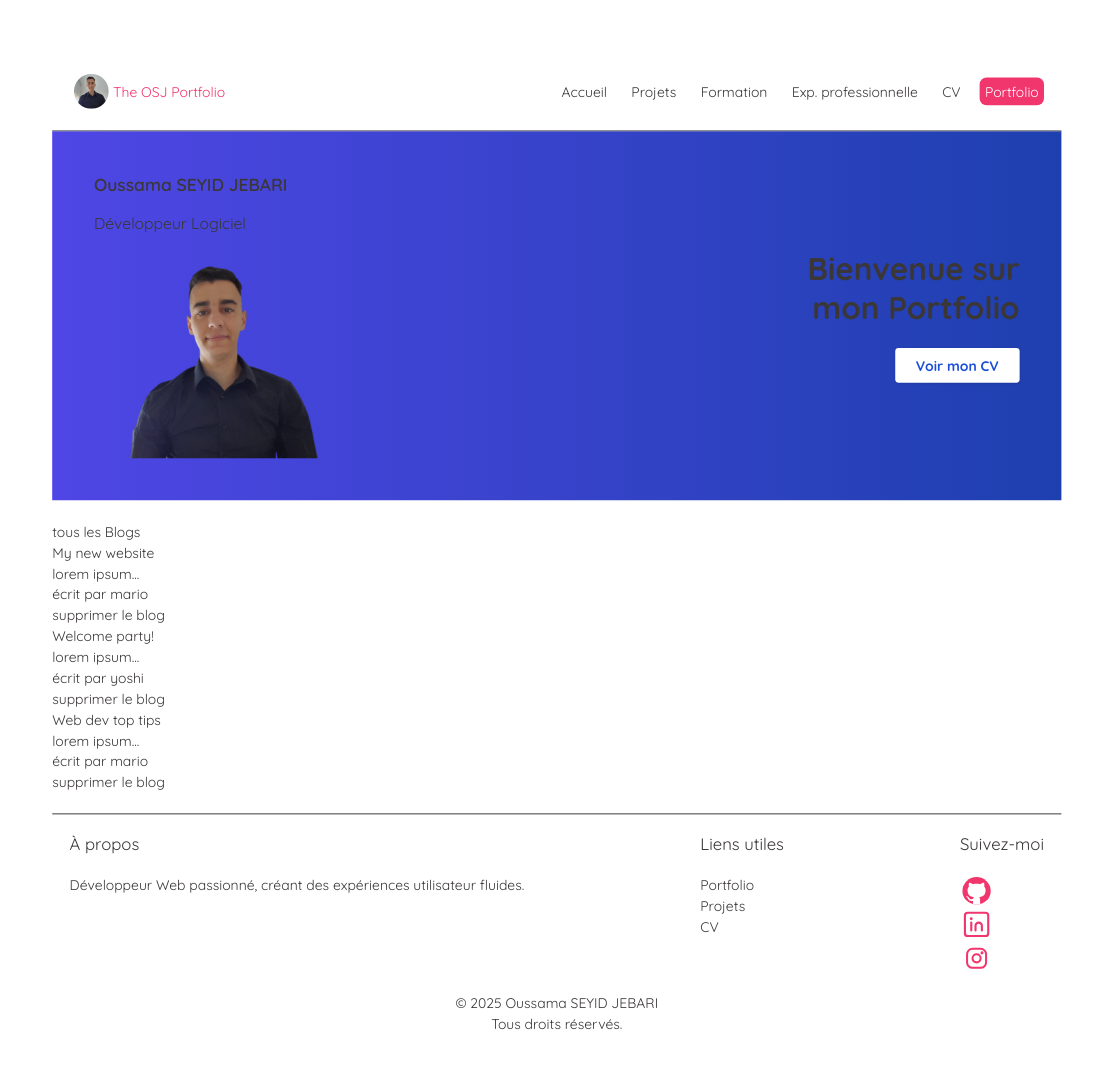
Repository: OussamSJ/Portfolio
Page: /
An editor plug-in stored every save of this project. The page is shown before and after the next save, followed by the edit.
The browser window is 1280 px wide. The pictures show the whole page, at 87% of full size.
The project was rebuilt for these pictures with package versions that can differ from the ones it lists, and the page was loaded fresh each time. Also part of the build but not shown: src/Random.js, src/Cv.js, src/Expcomponent.js, src/Experiences.js, src/FormationComponent.js, src/Formation.js.

Above is the page before, as saved 2025-05-08 14:48:03.

### public/index.html
<!DOCTYPE html>
<html lang="en">
  <head>
    <meta charset="utf-8" />
    <link rel="icon" href="%PUBLIC_URL%/Logo-Devloper.png" />
    <meta name="viewport" content="width=device-width, initial-scale=1" />
    <meta name="theme-color" content="#000000" />
    <meta
      name="description"
      content="Web site created using create-react-app"
    />
    <link rel="apple-touch-icon" href="%PUBLIC_URL%/logo192.png" />
    <!--
      manifest.json provides metadata used when your web app is installed on a
      user's mobile device or desktop. See https://developers.google.com/web/fundamentals/web-app-manifest/
    -->
    <link rel="manifest" href="%PUBLIC_URL%/manifest.json" />
    <!--
      Notice the use of %PUBLIC_URL% in the tags above.
      It will be replaced with the URL of the `public` folder during the build.
      Only files inside the `public` folder can be referenced from the HTML.

      Unlike "/favicon.ico" or "favicon.ico", "%PUBLIC_URL%/favicon.ico" will
      work correctly both with client-side routing and a non-root public URL.
      Learn how to configure a non-root public URL by running `npm run build`.
    -->
    <title>Portfolio App</title>
  </head>
  <body>
    <noscript>You need to enable JavaScript to run this app.</noscript>
    <div id="root"></div>
    <!--
      This HTML file is a template.
      If you open it directly in the browser, you will see an empty page.

      You can add webfonts, meta tags, or analytics to this file.
      The build step will place the bundled scripts into the <body> tag.

      To begin the development, run `npm start` or `yarn start`.
      To create a production bundle, use `npm run build` or `yarn build`.
    -->
  </body>
</html>

### src/index.css
@import url('https://fonts.googleapis.com/css2?family=Quicksand:wght@300;400;500;600;700&display=swap');
@tailwind base;
@tailwind components;
@tailwind utilities;

/* base styles */
* {
  margin: 0;
  font-family: -apple-system, BlinkMacSystemFont, 'Segoe UI', 'Roboto', 'Oxygen',
    'Ubuntu', 'Cantarell', 'Fira Sans', 'Droid Sans', 'Helvetica Neue',
    sans-serif;
  -webkit-font-smoothing: antialiased;
  -moz-osx-font-smoothing: grayscale;
  font-family: "Quicksand";
  color: #3b3737;
}

code {
  font-family: source-code-pro, Menlo, Monaco, Consolas, 'Courier New',
    monospace;
}
.navbar {
  padding: 20px;
  display: flex;
  align-items: center;
  max-width: 1200px;
  margin: 0 auto;
  border-bottom: 1px solid #212020;

}
.navbar h1 {
  color: #f1356d;
}
.navbar .links {
  margin-left: auto;
}
.navbar a {
  margin-left: 16px;
  text-decoration: none;
  padding: 6px;
}
.navbar img {
 width: 40px;
 height: 40px;
 margin: 5px ;
 object-fit: cover;       /* remplit et rogne si besoin */
 border-radius: 50%;      /* transforme le carré en cercle */
 display: block;
}
.navbar a:hover {
  color: #f1356d;
}
.content {
  max-width: 1200px;
  margin: 40px auto;
  padding: 20px;
}


.couverture {
  background-image:
  url("/public/couverture-portfolio.png");
background-size: cover;        /* couvre tout le conteneur sans déformation */
background-position: center;   /* centre l’image */
background-repeat: no-repeat;  /* pas de répétition */
background-size: contain;
  margin: 20px auto;
  padding: 40px 40px 40px 40px;


  max-width: 1200px;
  display:block;
  flex-direction: column;
  justify-content: center;
  align-items: flex-start;
  padding-left: 60px;
  background: linear-gradient(to right, #7a3ff3, #003b9e); /* dégradé bleu-violet */
  color: white;
  font-family: 'Orbitron', sans-serif; /* une police géométrique, proche de celle utilisée */
}




.presentation {
  display: flex;
  flex-direction:column;
  justify-content: flex-end;
  align-items: flex-end;
  text-align: right;
  margin-top: 20px;
  font-size: 3rem;
  width: 100%;
  height: 100%;
  color: aliceblue;
}
.couverture h1 {
  margin-top: 20px auto;
  margin-right: 50px;
  align-items: center;
  text-align: center;
  color: aliceblue;
text-align: right;
justify-self: right;
  font-family: 'Agrandir Grand', sans-serif; /* une police futuriste */
}

.couverture h3 {
  margin-top: 40px;
  color: aliceblue;
  font-size: 1.5rem;
  margin-top: 20px auto;
  margin: 20px 0;
}

.couverture span {
  color: aliceblue;
  font-weight: 300;
}

.presentation strong {
  color: aliceblue;
  font-size: 3.5rem;
  font-family: 'Agrandir Grand', sans-serif; /* une police futuriste */
}

.button {
justify-content: center;
  margin-top: 20px;
  padding: 10px 30px;
 margin-right: 50px;
  font-size: 1rem;
  background-color: white;
  color: #003b9e;
  border: none;
  cursor: pointer;
  text-transform: uppercase;
  letter-spacing: 1px;
  font-weight: bold;
  font-family: 'Agrandir Grand', sans-serif;
}


.portfolio-footer {
  justify-content: space-between;
  display: flex;
  padding: 20px;
  border-top: 1px solid #212020;
}

.card-title{
  margin-bottom:  20px;

  padding: 0;
  font-size: 1.2rem;

}
.social-links a{
  list-style: none;
  text-decoration: none;
  margin-left: auto;
  text-align: left;

}
.social-links img{
 width: 40%;
 height: 40%;
}


ul {
  list-style-type: none;
  padding: 0; /* Supprime le retrait par défaut */
  margin: 0;  /* Supprime la marge par défaut */
}
.social-links a:hover {
  color: #f1356d;
}

.footer-bottom {
  display: block;
  text-align: center;
  }

  ul li {
    text-align: left;

  }



  .not-found {
    justify-content: center;
    align-items: center;
    text-align: center;
    height: 50vh;
    margin-top: 200px;
    font-size: 3rem;
  }


  img-couverture {
    width: 100%;
    height: 100%;
    justify-content: flex-end;
    align-items: center;
    object-fit:fill; /* Remplit l'élément sans déformation */
    border-radius: 50%; /* Transforme le carré en cercle */
    display: flex;
  }

### src/App.js
import React from 'react';
import { BrowserRouter, Routes, Route } from 'react-router-dom';
import ReactDOM from 'react-dom/client';
import Home from './Home';
import Navbar from './Navbar'; // Si vous avez une barre de navigation
import Cv from './Cv'; // Si vous avez une page de CV
import Footbar from './Footbar';
import Experiences from './Experiences';
import Formation from './Formation';

function App() {
  return (
    <BrowserRouter>
      <div className="App">
        <div className='content'>
          <Routes>
            <Route path="/" element={<Home />} />
            <Route path="/cv" element={<Cv />} />
            <Route path="/experiences-professionnelle" element={<div ><Navbar/> <Experiences /><Footbar/></div>} />
            <Route path="/formation" element={<div ><Navbar/> <Formation /><Footbar/></div>} />
            <Route path="*" element={
              <div >
                <Navbar />
                <h1 className='not-found' >Page introuvable</h1>
                <Footbar />
              </div>
            } />
          </Routes>
        </div>
      </div>
    </BrowserRouter>
  );
}

export default App;

### src/Home.js
import { useEffect, useState } from "react";
import BlogList from "./BlogList";
import Random from "./Random";
import Navbar from "./Navbar";
import Footbar from "./Footbar";


const Home = () => {
  const [blogs, setBlogs] = useState([
    { title: 'My new website', body: 'lorem ipsum...', author: 'mario', id: 1 },
    { title: 'Welcome party!', body: 'lorem ipsum...', author: 'yoshi', id: 2 },
    { title: 'Web dev top tips', body: 'lorem ipsum...', author: 'mario', id: 3 }
  ])

  const handleDelete = (id) => {
    const newBlogs = blogs.filter(blog => blog.id !== id);
    setBlogs(newBlogs);
  }


  useEffect(() => {
    console.log('use effect ran');
    console.log(blogs);
  })

  return (
    <div className="Home">
      <Navbar />
      <div className="flex items-center justify-between bg-gradient-to-r from-indigo-600 to-blue-800 text-white p-12 flex-wrap">

{/* Partie gauche */}
<div className="flex flex-col items-start space-y-4 max-w-md">
  <h3 className="text-xl font-semibold">Oussama SEYID JEBARI</h3>
  <h3 className="text-lg"><span>Développeur Logiciel</span></h3>
  <div className="w-60 h-60 mt-4 ml-6">
    <img src="oussama_img.png" alt="photo de profil" className="rounded-lg object-cover w-full h-full" />
  </div>
</div>

{/* Partie droite */}
<div className="text-right max-w-md mt-10 md:mt-0">
  <h1 className="text-4xl font-bold mb-6 leading-tight">
    Bienvenue sur <br /> mon Portfolio
  </h1>
  <button className="bg-white text-blue-700 font-bold py-2 px-6 rounded shadow hover:bg-gray-100 transition">
    Voir mon CV
  </button>
</div>
</div>

      <BlogList blogs={blogs} title="tous les Blogs" handleDelete={handleDelete}/> <br/>

      <Footbar/>
    </div>
  );
}

export default Home;

### src/Navbar.js
const Navbar = () => {
    return (
      <nav className="navbar">
        <img src="photo-portfolio.jpg" alt="logo" className="logo" />
        <h1>The OSJ Portfolio</h1>
        <div className="links">
          <a href="/">Accueil</a>
          <a href="/projets">Projets</a>
          <a href="/formation">Formation</a>
          <a href="/experiences-professionnelle">Exp. professionnelle</a>
          <a href="/cv">CV</a>
          <a href="/" style={{
            color: 'white',
            backgroundColor: '#f1356d',
            borderRadius: '8px'
          }}>Portfolio</a></div></nav>
    );
  }

  export default Navbar;

### src/Footbar.js

const Footbar = () => {
  return (
  <div className="footbar">
   <footer class="portfolio-footer">

    <div class="card-deck">
    <div class="card">
      <div class="card-body">
        <h4 class="card-title">À propos</h4>
        <p class="card-text">Développeur Web passionné, créant des expériences utilisateur fluides.</p>
      </div>
    </div>
    </div>

    <div class="card-deck">
    <div class="card">
      <div class="card-body">
        <h4 class="card-title">Liens utiles</h4>
        <ul class="social-links" >
        <li><a href="#">Portfolio</a></li>
        <li><a href="#">Projets</a></li>
        <li><a href="#">CV</a></li>
      </ul>
      </div>
    </div>
    </div>

    <div class="card-deck">
    <div class="card">
      <div class="card-body">
        <h4 class="card-title">Suivez-moi</h4>
        <ul class="social-links">
        <li><a href="https://github.com/OussamSJ#"> <img  src="github.svg"  alt="GitHub"></img></a></li>
        <li><a href="https://www.linkedin.com/in/oussama-sj/  "> <img src="linkedin.svg" alt="LinkedIn"></img></a></li>
        <li><a href="https://www.instagram.com/oussama.sj/"> <img src="instagram.svg" alt="Instagram"></img></a></li>
      </ul>
      </div>
    </div>
    </div>

   </footer>
    <div class="footer-bottom">
    <p>© 2025 Oussama SEYID JEBARI <br/> Tous droits réservés.</p>
    </div>

  </div>

  );
}

export default Footbar;

### src/BlogList.js
const BlogList = ({ blogs, title, handleDelete }) => {
    return (
      <div className="blog-list"> <br/>

        <h2>{ title }</h2>
        {blogs.map(blog => (
          <div className="blog-preview" key={blog.id} >
            <h2>{ blog.title }</h2>
            <h4> {blog.body}    </h4>
            <p>écrit par { blog.author }</p>
            <button  onClick={()=>handleDelete (blog.id)}> supprimer le blog</button>
          </div>
        ))}
      </div>
    );
  }

  export default BlogList;

### tailwind.config.js
/** @type {import('tailwindcss').Config} */
module.exports = {
  content: [  "./src/**/*.{js,ts,jsx,tsx}",],
  theme: {
    extend: {
      colors: {
        primary: '#f1356d', // Exemple
      },
    },
  },
  plugins: [],
}

Loaded but not shown: src/index.js (common file); src/reportWebVitals.js (common file)

After the next save:
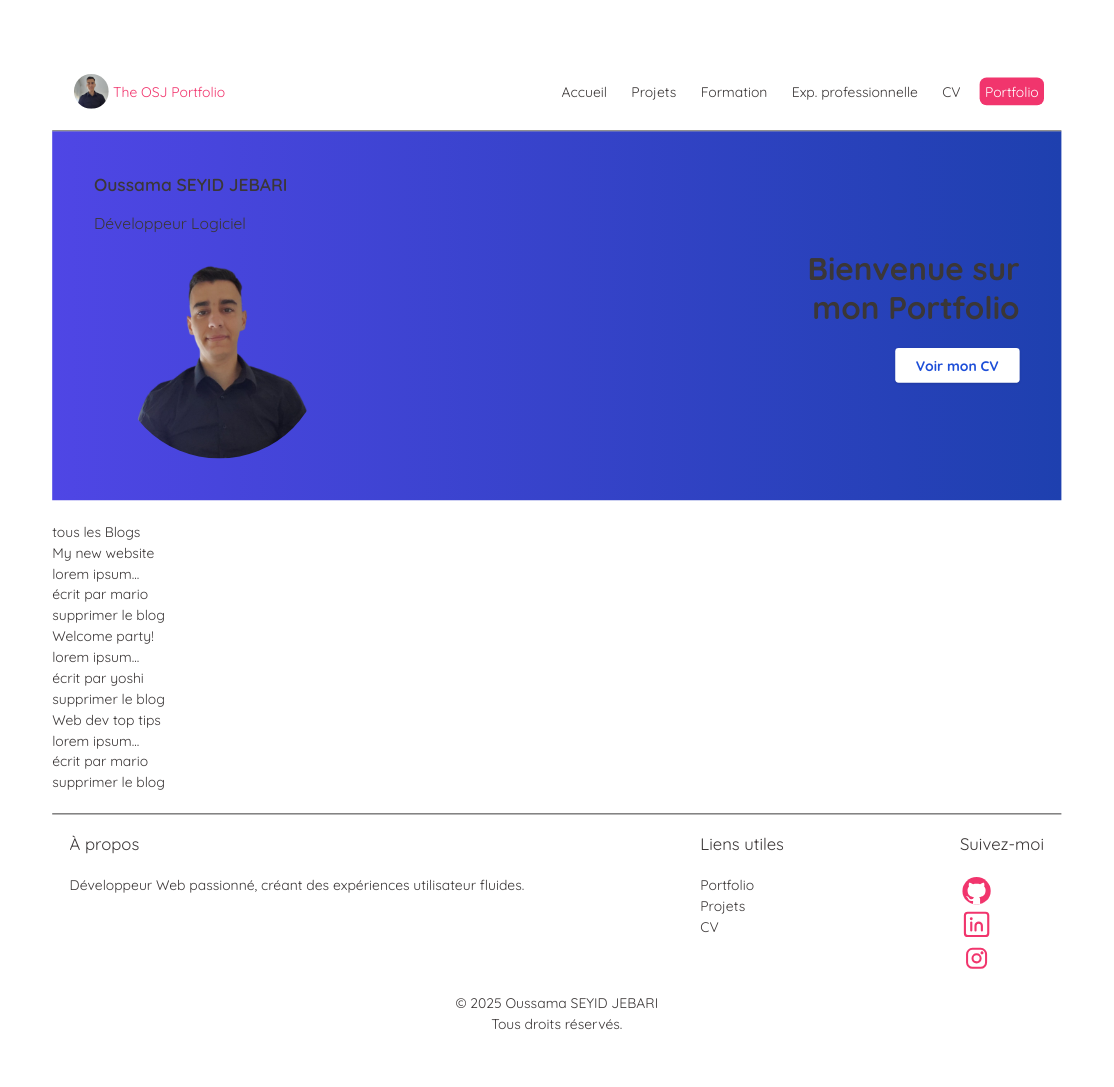
Saved 50 s later.
--- a/src/Home.js
+++ b/src/Home.js
@@ -33,7 +33,7 @@
   <h3 className="text-xl font-semibold">Oussama SEYID JEBARI</h3>
   <h3 className="text-lg"><span>Développeur Logiciel</span></h3>
   <div className="w-60 h-60 mt-4 ml-6">
-    <img src="oussama_img.png" alt="photo de profil" className="rounded-lg object-cover w-full h-full" />
+    <img src="oussama_img.png" alt="photo de profil" className="rounded-full object-cover w-full h-full" />
   </div>
 </div>
 

After the save that followed:
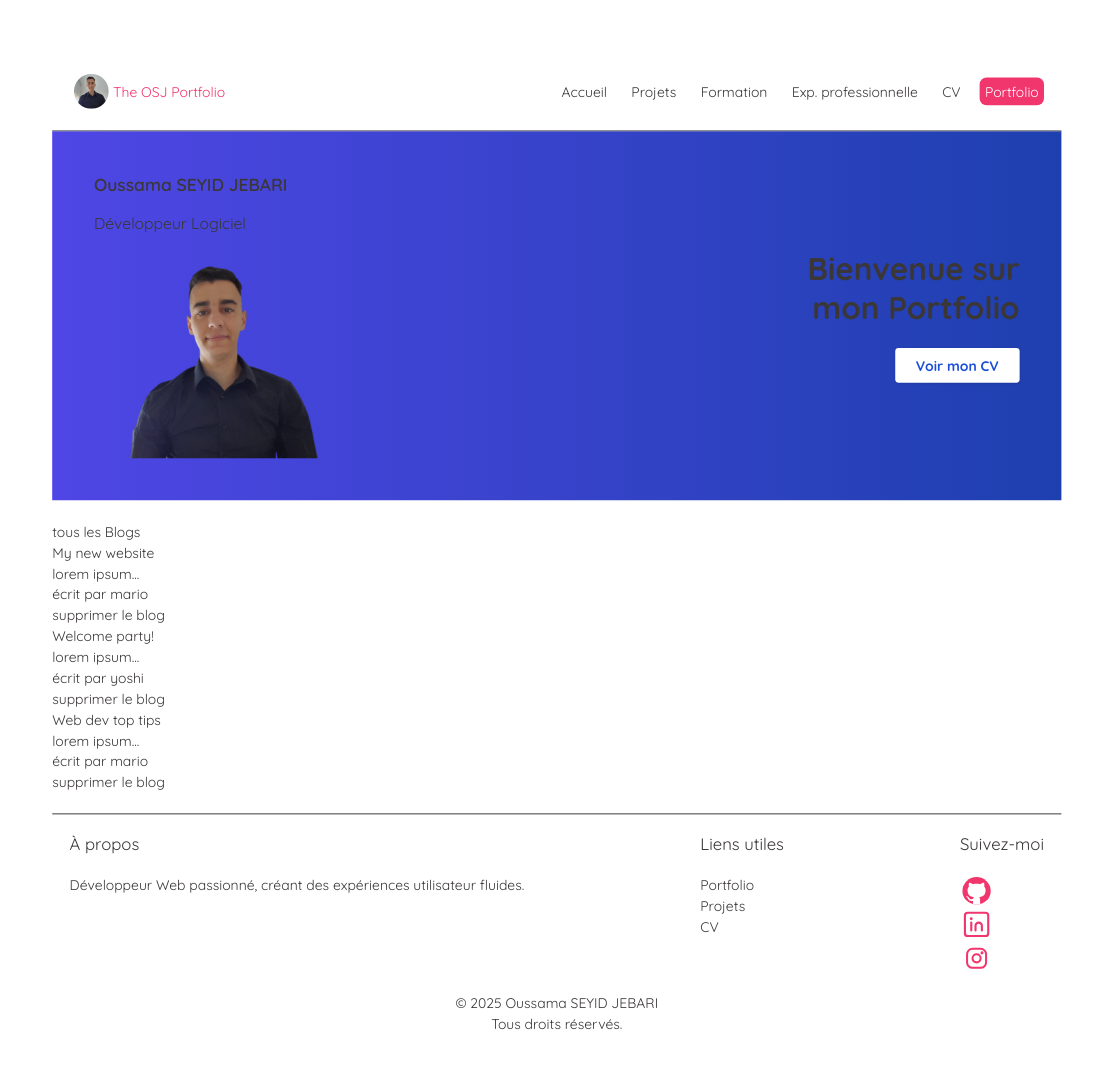
Saved 31 s later.
--- a/src/Home.js
+++ b/src/Home.js
@@ -33,7 +33,7 @@
   <h3 className="text-xl font-semibold">Oussama SEYID JEBARI</h3>
   <h3 className="text-lg"><span>Développeur Logiciel</span></h3>
   <div className="w-60 h-60 mt-4 ml-6">
-    <img src="oussama_img.png" alt="photo de profil" className="rounded-full object-cover w-full h-full" />
+    <img src="oussama_img.png" alt="photo de profil" className="rounded-lg object-cover w-full h-full" />
   </div>
 </div>
 
